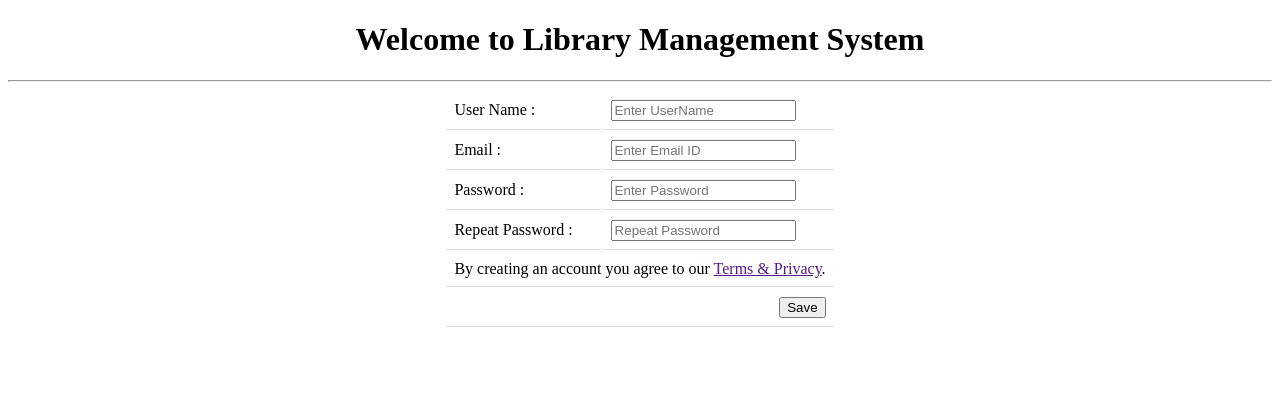
Repository: paragpatidar/LibraryManagementSystem
Page: http://localhost/LibraryManagementSystemSpring/WEB-INF/ui/SignUp.jsp
An editor plug-in stored every save of this project. The page is shown before and after the next save, followed by the edit.
The browser window is 1280 px wide. The pictures show the whole page.
The page is served by Tomcat 9. Nobody is signed in. The template is opened directly, without the code that normally fills it, so the values that code supplies are empty.

Above is the page before, as saved 2017-11-08 09:10:43.

After the next save:
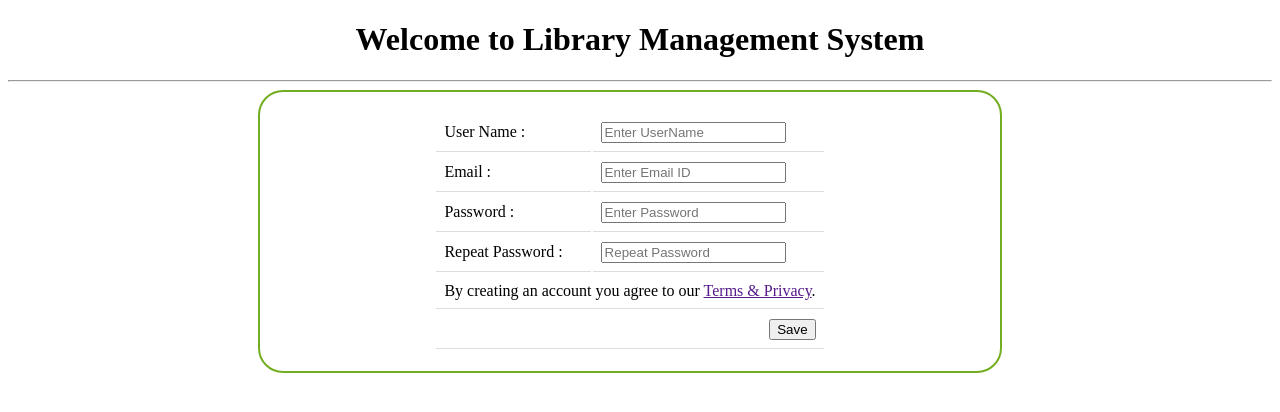
Saved 59 s later.
--- a/LibraryManagementSystemSpring/WebContent/WEB-INF/ui/SignUp.jsp
+++ b/LibraryManagementSystemSpring/WebContent/WEB-INF/ui/SignUp.jsp
@@ -24,7 +24,7 @@ th, td {
 <body>
 	<h1 align="center">Welcome to Library Management System</h1>
 	<hr>
-	<div class="form">
+	<div id="form">
 		<form:form action="signUp.htm" modelAttribute="user" method="post">
 			<table align="center">
 				<tr>
